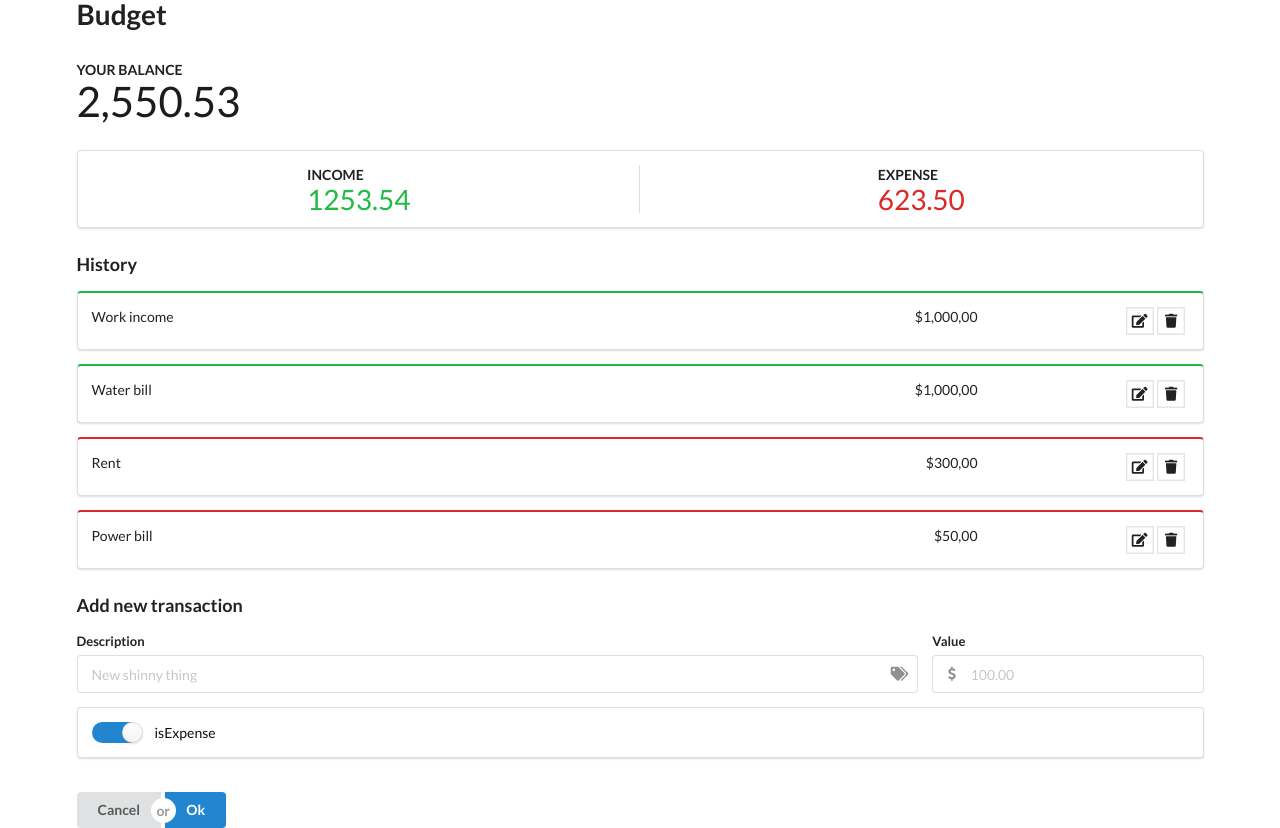
Repository: khuetn/budget-react
Page: /
An editor plug-in stored every save of this project. The page is shown before and after a run of saves, followed by the edit.
The browser window is 1280 px wide. The pictures show the whole page.
The project was rebuilt for these pictures with package versions that can differ from the ones it lists, and the page was loaded fresh each time. Also part of the build but not shown: src/App.css.

Above is the page before, as saved 2021-07-19 21:49:20.

### src/App.js
import { useState } from "react";
import { Container } from "semantic-ui-react";
import "./App.css";
import DisplayBalance from "./components/DisplayBalance";
import DisplayBalances from "./components/DisplayBalances";
import EntryLine from "./components/EntryLine";
import EntryLines from "./components/EntryLines";
import MainHeader from "./components/MainHeader";
import NewEntryForm from "./components/NewEntryForm";

function App() {
  const [entries, setEntries] = useState(initialEntries);

  function deleteEntry(id) {
    const result = entries.filter((entry) => entry.id !== id);
    setEntries(result);
  }

  function addEntry(description, value, isExpense) {
    const result = entries.concat({
      id: entries.length + 1,
      description,
      value,
      isExpense,
    });
    console.log("result", result);
    console.log("entries", entries);
    setEntries(result);
  }
  return (
    <Container>
      <MainHeader title="Budget" />

      <DisplayBalance title="Your Balance" value="2,550.53" size="small" />
      <DisplayBalances />

      <MainHeader title="History" type="h3" />
      <EntryLines entries={entries} deleteEntry={deleteEntry} />

      <MainHeader title="Add new transaction" type="h3" />
      <NewEntryForm addEntry={addEntry} />
    </Container>
  );
}

export default App;

var initialEntries = [
  {
    id: 1,
    description: "Work income",
    value: "$1,000,00",
    isExpense: false,
  },
  {
    id: 2,
    description: "Water bill",
    value: "$1,000,00",
    isExpense: false,
  },

  {
    id: 3,
    description: "Rent",
    value: "$300,00",
    isExpense: true,
  },
  {
    id: 4,
    description: "Power bill",
    value: "$50,00",
    isExpense: true,
  },
];

### src/components/DisplayBalance.js
import React from "react";
import { Statistic } from "semantic-ui-react";

function DisplayBalance({ title, value, color = "black", size = "tiny" }) {
  return (
    <Statistic size={size} color={color}>
      <Statistic.Label style={{ textAlign: "left" }}>{title}</Statistic.Label>
      <Statistic.Value>{value}</Statistic.Value>
    </Statistic>
  );
}

export default DisplayBalance;

### src/components/DisplayBalances.js
import React from "react";
import { Grid, Segment } from "semantic-ui-react";
import DisplayBalance from "./DisplayBalance";

function DisplayBalances() {
  return (
    <Segment textAlign="center">
      <Grid columns={2} divided>
        <Grid.Row>
          <Grid.Column>
            <DisplayBalance title="income" value="1253.54" color="green" />
          </Grid.Column>
          <Grid.Column>
            <DisplayBalance title="expense" value="623.50" color="red" />
          </Grid.Column>
        </Grid.Row>
      </Grid>
    </Segment>
  );
}

export default DisplayBalances;

### src/components/EntryLine.js
import React, { Fragment, useState } from "react";
import { Grid, Icon, Segment } from "semantic-ui-react";
import ModalEdit from "./ModalEdit";

function EntryLine({ id, description, value, isExpense = false, deleteEntry }) {
  const [isOpen, setIsOpen] = useState(false);
  return (
    <Fragment>
      <Segment color={isExpense ? "red" : "green"}>
        <Grid columns={3} textAlign="right">
          <Grid.Row>
            <Grid.Column width={10} textAlign="left">
              {description}
            </Grid.Column>
            <Grid.Column width={3} textAlign="right">
              {value}
            </Grid.Column>
            <Grid.Column width={3}>
              <Icon name="edit" bordered />
              <Icon name="trash" bordered onClick={() => deleteEntry(id)} />
            </Grid.Column>
          </Grid.Row>
        </Grid>
      </Segment>
      <ModalEdit />
    </Fragment>
  );
}

export default EntryLine;

### src/components/EntryLines.js
import React from "react";
import { Container } from "semantic-ui-react";
import EntryLine from "./EntryLine";

function EntryLines({ entries, deleteEntry }) {
  return (
    <Container>
      {entries.map((entry) => (
        <EntryLine key={entry.id} {...entry} deleteEntry={deleteEntry} />
      ))}
    </Container>
  );
}

export default EntryLines;

### src/components/MainHeader.js
import React from "react";
import { Header } from "semantic-ui-react";

function Mainheader({ title, type = "h1" }) {
  return <Header as={type}>{title}</Header>;
}

export default Mainheader;

### src/components/NewEntryForm.js
import React, { useState } from "react";
import { Checkbox, Form, Segment } from "semantic-ui-react";
import ButtonSaveorCancel from "./ButtonSaveorCancel";
function NewEntryForm({ addEntry }) {
  const [description, setDescription] = useState("");
  const [value, setValue] = useState("");
  const [isExpense, setIsExpense] = useState(true);
  return (
    <Form unstackable>
      <Form.Group>
        <Form.Input
          icon="tags"
          width={12}
          label="Description"
          placeholder="New shinny thing"
          value={description}
          onChange={(event) => setDescription(event.target.value)}
        />
        <Form.Input
          icon="dollar"
          width={4}
          label="Value"
          placeholder="100.00"
          iconPosition="left"
          value={value}
          onChange={(event) => setValue(event.target.value)}
        />
      </Form.Group>
      <Segment>
        <Checkbox
          toggle
          label="isExpense"
          checked={isExpense}
          onChange={() => setIsExpense((oldState) => !oldState)}
        />
      </Segment>
      <ButtonSaveorCancel
        addEntry={addEntry}
        description={description}
        value={value}
        isExpense={isExpense}
      />
    </Form>
  );
}

export default NewEntryForm;

### src/components/ModalEdit.js
import React from "react";
import { Modal } from "semantic-ui-react";

function ModalEdit({ isOpen }) {
  return <Modal open={isOpen}></Modal>;
}

export default ModalEdit;

### src/components/ButtonSaveorCancel.js
import React from "react";
import { Button } from "semantic-ui-react";
function ButtonSaveorCancel({ addEntry, description, value, isExpense }) {
  return (
    <Button.Group style={{ marginTop: 20 }}>
      <Button>Cancel</Button>
      <Button.Or />
      <Button primary onClick={() => addEntry(description, value, isExpense)}>
        Ok
      </Button>
    </Button.Group>
  );
}

export default ButtonSaveorCancel;

Loaded but not shown: public/index.html (common file); src/index.js (common file); src/index.css (common file)

After the next 2 saves:
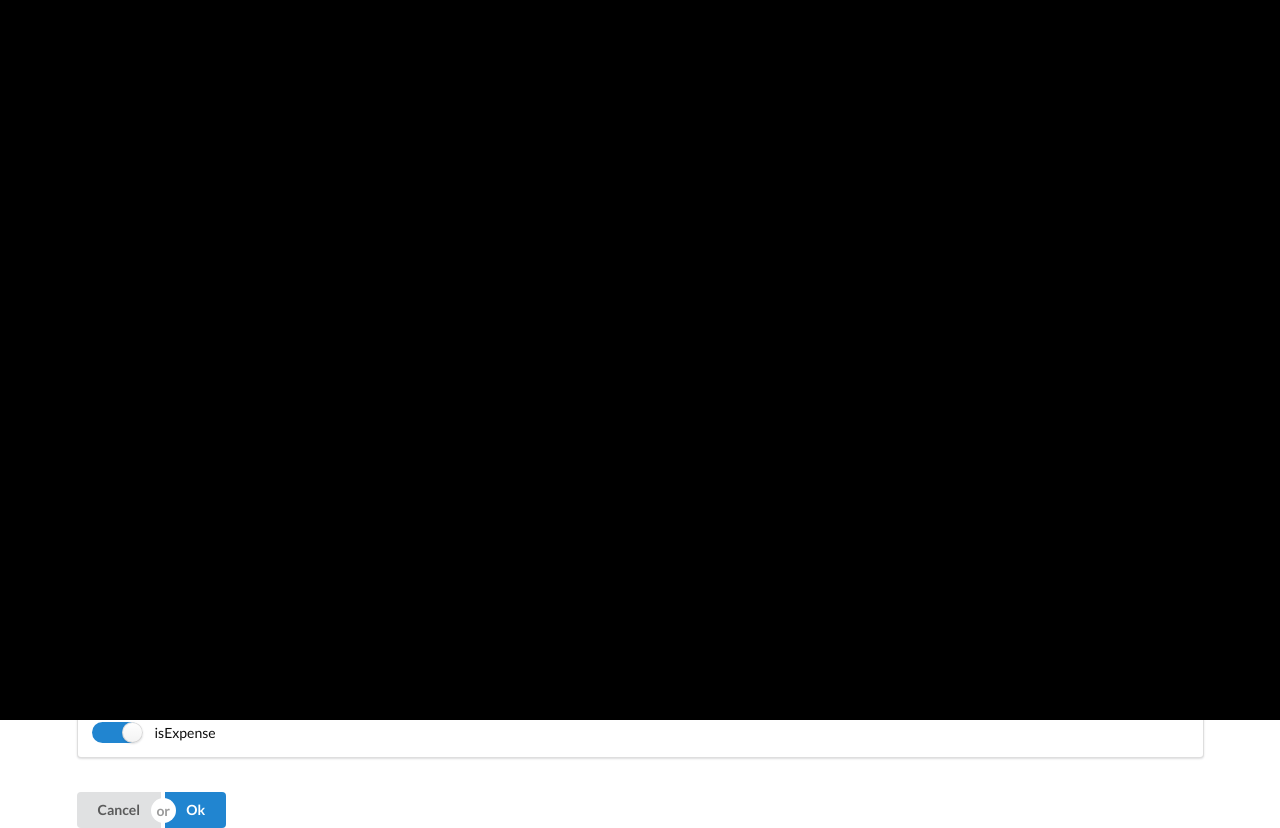
The 2 saves are shown as one change because 1 did not build or start.
The last was saved 20 s later.
--- a/src/components/EntryLine.js
+++ b/src/components/EntryLine.js
@@ -22,7 +22,7 @@
           </Grid.Row>
         </Grid>
       </Segment>
-      <ModalEdit />
+      <ModalEdit isOpen={true} />
     </Fragment>
   );
 }

After the save that followed:
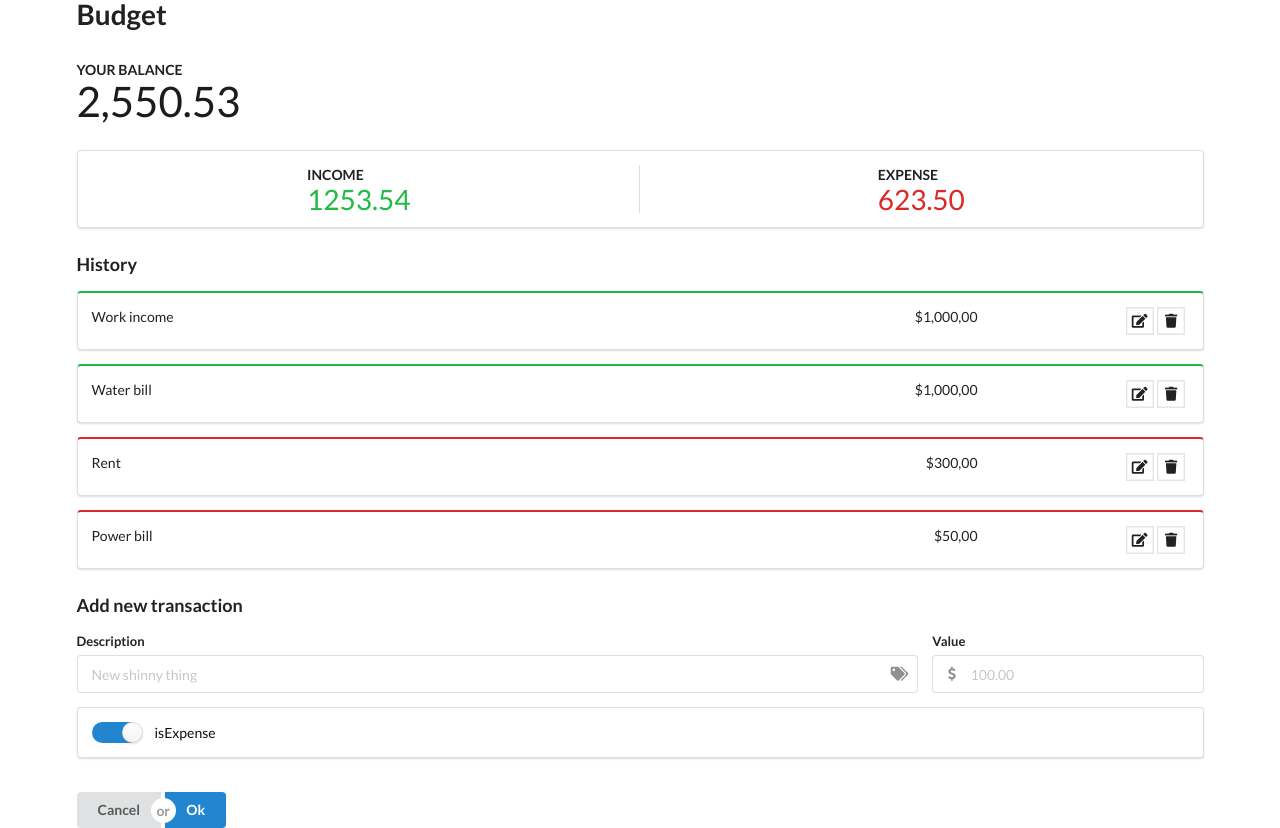
Saved 4 s later.
--- a/src/components/EntryLine.js
+++ b/src/components/EntryLine.js
@@ -22,7 +22,7 @@
           </Grid.Row>
         </Grid>
       </Segment>
-      <ModalEdit isOpen={true} />
+      <ModalEdit isOpen={false} />
     </Fragment>
   );
 }
